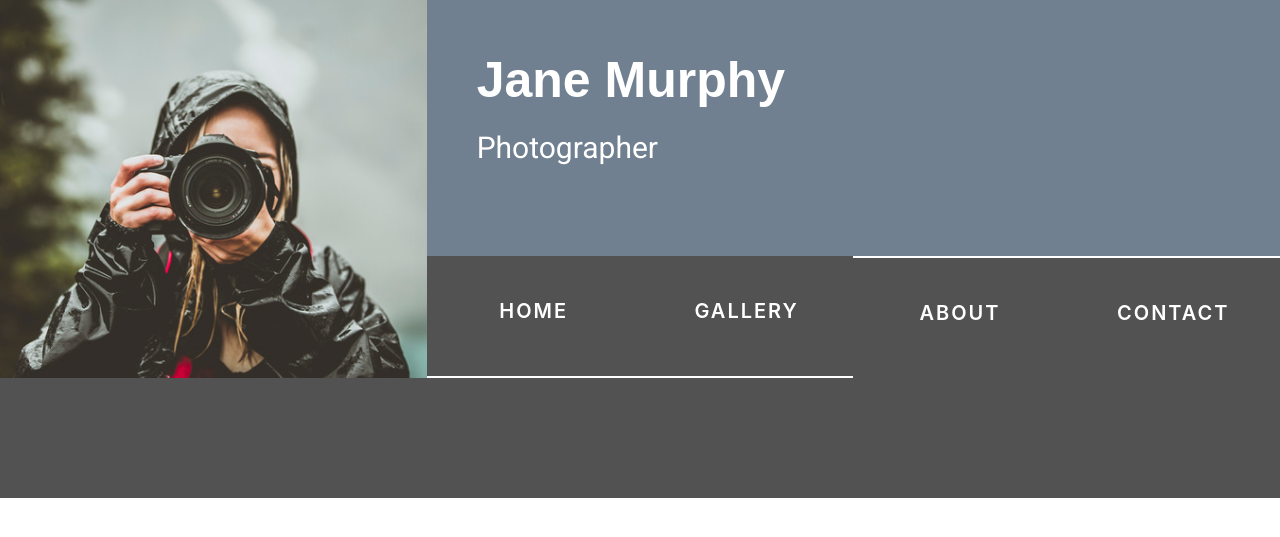
Repository: Code-Institute-Submissions/MrChrisRandall-milestone-1
Page: index.html
The author's editor kept a record of every edit. The page is drawn from the files as they stood at one moment, then again after the next edit.
The browser window is 1280 px wide. The pictures show the whole page.

Above is the page before.

### index.html
<!DOCTYPE html>
<html lang="en">

<head>
    <meta charset="UTF-8">
    <meta name="viewport" content="width=device-width, initial-scale=1.0">
    <meta http-equiv="X-UA-Compatible" content="ie=edge">
    <link rel="stylesheet" href="https://stackpath.bootstrapcdn.com/bootstrap/4.3.1/css/bootstrap.min.css" type="text/css" />
    <link rel="stylesheet" href="https://stackpath.bootstrapcdn.com/font-awesome/4.7.0/css/font-awesome.min.css" type="text/css" />
    <link rel="stylesheet" href="https://cdnjs.cloudflare.com/ajax/libs/hover.css/2.3.1/css/hover-min.css" type="text/css" />
    <link rel="stylesheet" href="assets/css/style.css" type="text/css" />
    <title>Studio 21</title>
</head>

<body>
    <header>
        <div class="row no-gutters">
            <a href="index.html" class="col-md-4 logo">

            </a>
            <div class="col-md-8">
                <div class="row no-gutters bg-color-name-title">
                    <div class="col heading">
                        <h1 class="name">Jane Murphy</h1>
                        <h2 class="title">Photographer</h2>
                    </div>
                </div>
                <div class="row no-gutters">
                    <div class="col">
                        <ul id="nav" class="list-inline menucontainer">
                            <li class="col-2 col-sm-3 ui-menu-color-home list-inline-item menuitem">
                                <a href="#" class="hvr-sweep-to-bottom"><span>Home</span></a>
                            </li>
                            <li class="col-2 col-sm-3 ui-menu-color-gallery list-inline-item menuitem">
                                <a href="#" class="hvr-sweep-to-bottom"><span>Gallery</span></a>
                            </li>
                            <li class="col-2 col-sm-3 ui-menu-color-about list-inline-item menuitem">
                                <a href="#"vclass="hvr-sweep-to-bottom"><span>About</span></a>
                            </li>
                            <li class="col-2 col-sm-3 ui-menu-color-contact list-inline-item menuitem">
                                <a href="#"><span>Contact</span></a>
                            </li>
                        </ul>
                    </div>
                </div>

            </div>
        </div>

    </header>

    <section>

    </section>

    <footer>

    </footer>

</body>

</html>

### assets/css/style.css
@import url('https://fonts.googleapis.com/css?family=Roboto&display=swap:100,200,300,400,500,600,700|Exo:100,200,300,400,500,600,700');


/*--------------------------------------------------Colors*/

.bg-color-name-title {
    background-color: #708090;
}

.ui-menu-color-home {
    background-color: #525252;
}

.ui-menu-color-gallery {
    background-color: #525252;
}

.ui-menu-color-about {
    background-color: #525252;
}

.ui-menu-color-contact {
    background-color: #525252;
}

/*--------------------------------------------------Header*/

.header {
    margin: 0;
}

.heading {
    margin-left: 50px;
}

.logo {
    background: url(../images/pic.jpg);
    background-position: center;
    background-repeat: no-repeat;
    background-size: cover;
    min-height: 360px;
    transition: all .5s ease-in-out;
    -moz-transition: all .5s ease-in-out;
    -webkit-transition: all .5s ease-in-out;
}

.name {
    font-family: "Exo", sans-serif;
    font-weight: 600;
    font-size: 50px;
    margin-top: 50px;
    color: #fff;
}

.title {
    font-family: "Roboto", sans-serif;
    font-weight: 400;
    font-size: 30px;
    margin-top: 20px;
    margin-bottom: 90px;
    color: #fff;
}

.list-inline-item:not(:last-child) {
    margin: 0;
}

.menucontainer {
    font-size: 0;
}

#nav {
    margin: 0;
}

#nav li {
    font-size: 14px;
    padding: 0;
}

.menuitem {
    height: 120px;
    text-align: center;
    padding: 0;
}

.menuitem a {
    width: 100%;
    text-decoration: none;
    color: #fff;
    height: 120px;
}

.menuitem span {
    display: block;
    width: 100%;
    padding-top: 40px;
    text-align: center;
    text-transform: uppercase;
    font-size: 20px;
    font-weight: 600;
    letter-spacing: 2px;
}

/*--------------------------------------------------Footer*/

footer {
    background-color: #525252;
    color: #fafafa;
    min-height: 120px;
    margin: 0;
}

.cv-pdf i {
    font-size: 18px;
    color: #fafafa;
    text-align: center;
    padding-left: 5px;
    transition: all 0.35s ease-in-out;
    -moz-transition: all 0.35s ease-in-out;
    -webkit-transition: all 0.35s ease-in-out;
    -o-transition: all 0.35s ease-in-out;
}

.cv-pdf i:hover {
    color: #708090;
}

.social-links {
    padding-bottom: 15px;
}

.social-links li a i {
    width: 32px;
    height: 32px;
    padding: 12px 0;
    border-radius: 50%;
    font-size: 13px;
    line-height: 7px;
    text-align: center;
    color: #fafafa;
    background: #8f8f8f;
    transition: all 0.35s ease-in-out;
    -moz-transition: all 0.35s ease-in-out;
    -webkit-transition: all 0.35s ease-in-out;
    -o-transition: all 0.35s ease-in-out;
}

.social-links li a i:hover {
    background: #708090;
}

#footer-details {
    padding: 20px;
}

After the next edit:
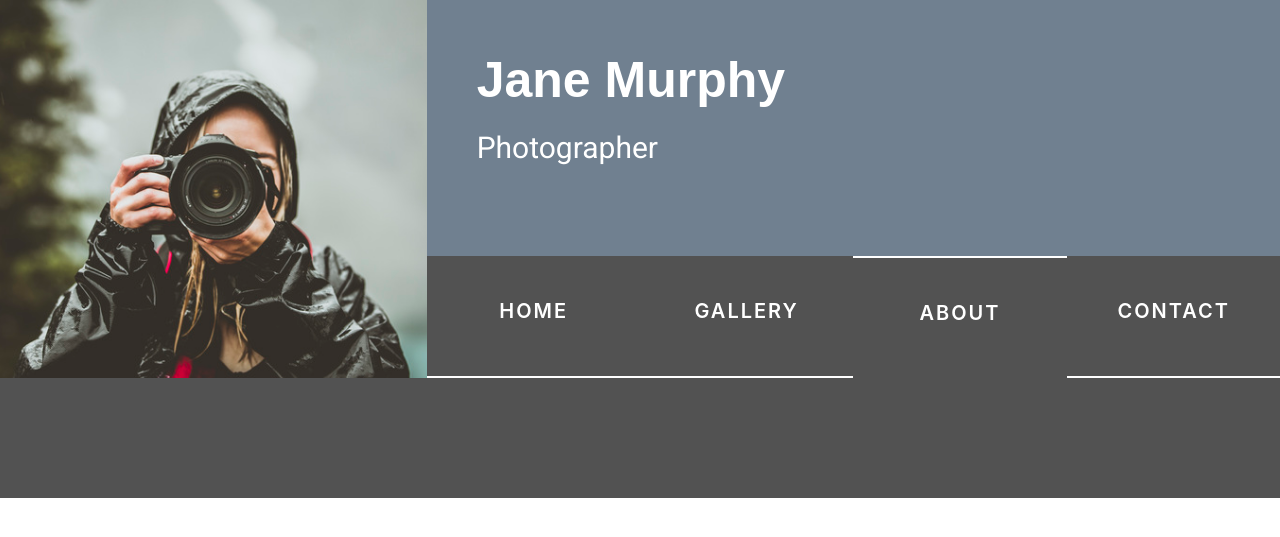
The edit:
--- a/index.html
+++ b/index.html
@@ -38,7 +38,7 @@
                                 <a href="#"vclass="hvr-sweep-to-bottom"><span>About</span></a>
                             </li>
                             <li class="col-2 col-sm-3 ui-menu-color-contact list-inline-item menuitem">
-                                <a href="#"><span>Contact</span></a>
+                                <a href="#" class="hvr-sweep-to-bottom"><span>Contact</span></a>
                             </li>
                         </ul>
                     </div>
